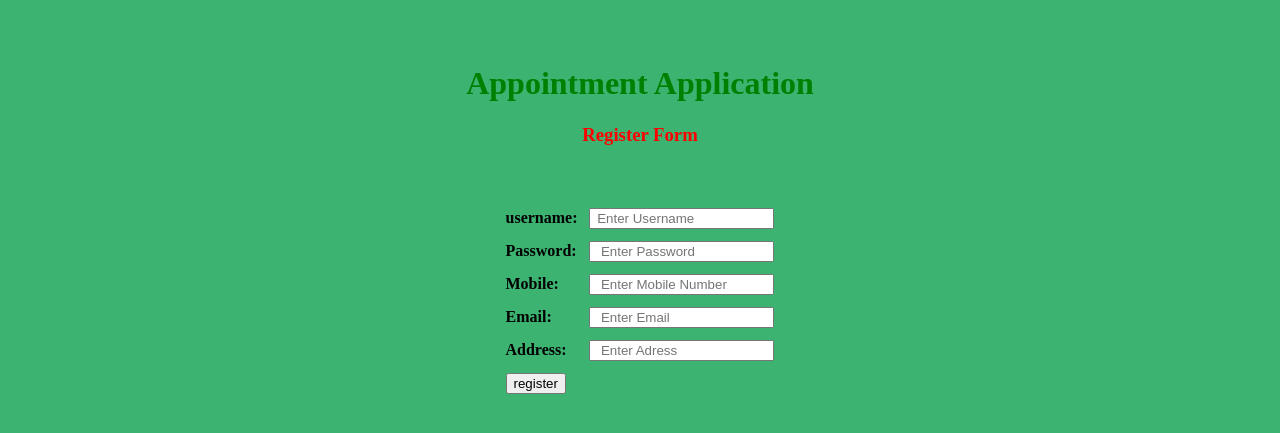
Repository: lsamirl/Exemples
Page: Doctor/WebContent/Doctor_register.html
An editor plug-in stored every save of this project. The page is shown before and after the next save, followed by the edit.
The browser window is 1280 px wide. The pictures show the whole page.

Above is the page before, as saved 2021-06-29 20:20:16.

After the next save:
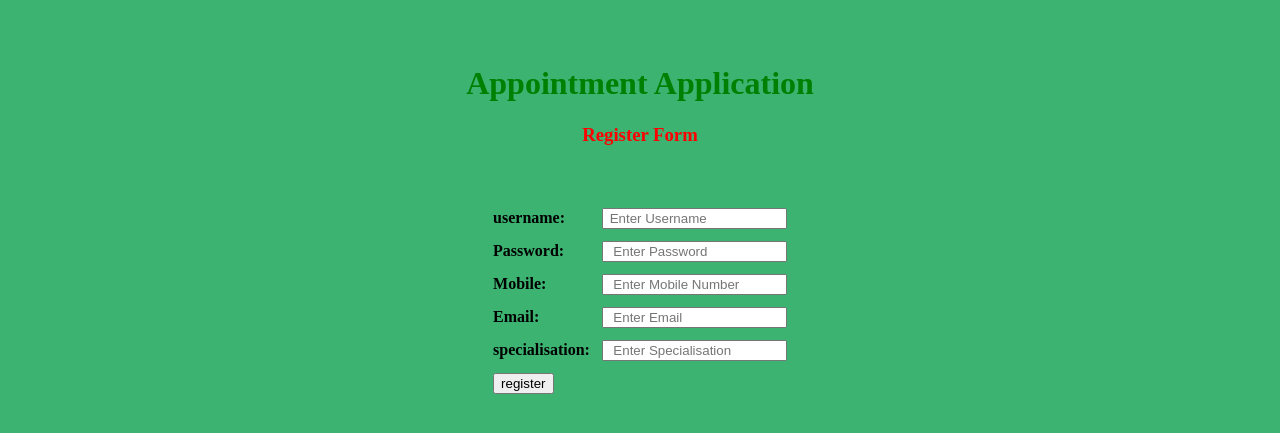
Saved 2 min 5 s later.
--- a/Doctor/WebContent/Doctor_register.html
+++ b/Doctor/WebContent/Doctor_register.html
@@ -4,13 +4,13 @@
 <h1 align="center" style="color:green;">Appointment Application</h1>
 <h3 align="center" style= "color:red"> Register Form</h3>
 <table width="250" height="100" cellpadding="5" align="center">
-<form action ="./Patient_register" method="get" align="center">
+<form action ="./Doctor_register" method="get" align="center">
 
 		<tr><td><b>username:</b></td><td><input type ="text" name="username" placeholder =" Enter Username"></td></tr>
 		<tr><td><b>Password:</b></td><td><input type ="password" name= "password" placeholder="  Enter Password"></td></tr>
 		<tr><td><b>Mobile:</b></td><td><input type ="Number" name= "mobile" placeholder="  Enter Mobile Number"></td></tr>
 		<tr><td><b>Email:</b></td><td><input type ="Email" name= "email" placeholder="  Enter Email"></td></tr>
-		<tr><td><b>Address:</b></td><td><input type ="text" name= "address" placeholder="  Enter Adress"></td></tr> <br><br>
+		<tr><td><b>specialisation:</b></td><td><input type ="text" name= "specialisation" placeholder="  Enter Specialisation"></td></tr> <br><br>
 		<tr><td><input type="submit" value="register"></td></tr>
 
 </form>
